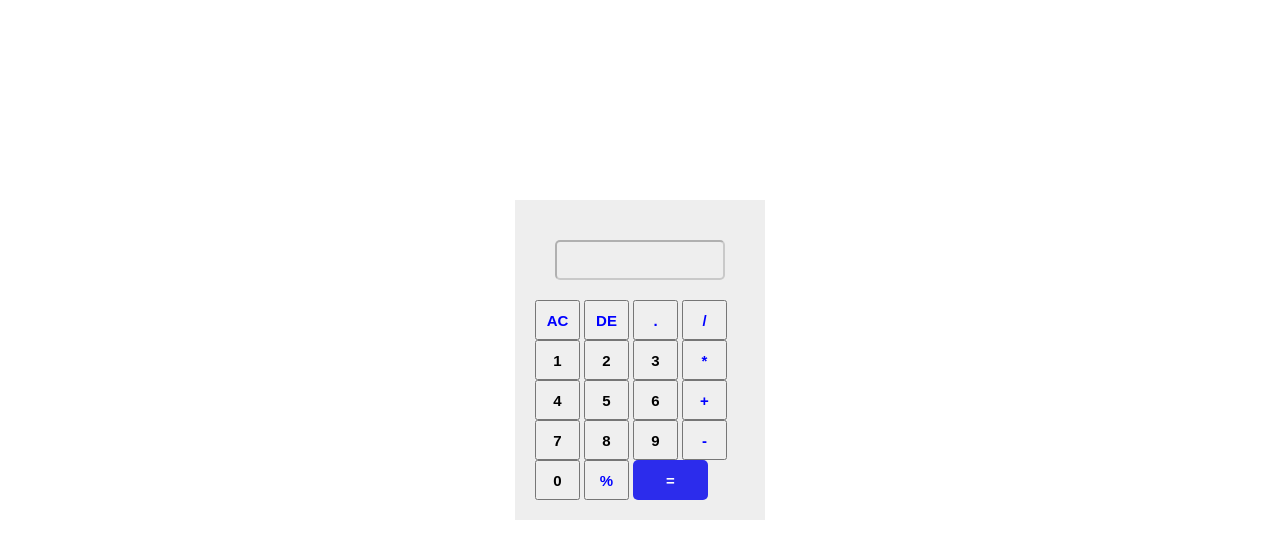
Repository: jerrys-arch/web-calculator
Page: index.html
These files come from the project's save history. The page is drawn as it stood at one moment and after a run of saves; the edit follows.
The browser window is 1280 px wide. The pictures show the whole page.

Above is the page before, as saved 2024-11-30 06:01:48.

After the next 2 saves:
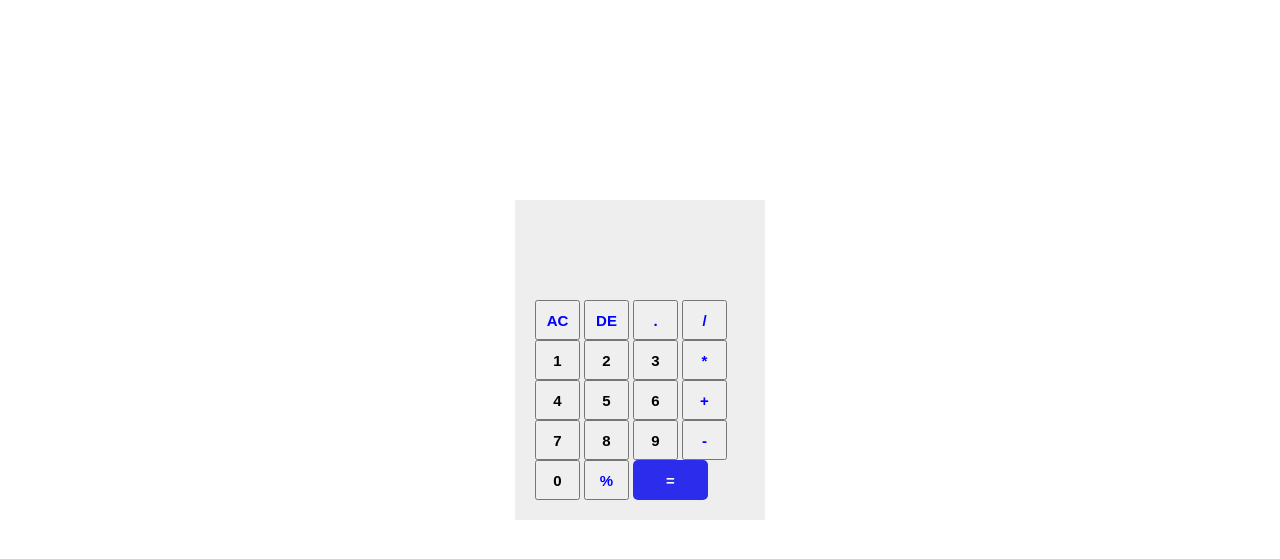
The 2 saves are shown as one change because they came seconds apart.
The last was saved 7 s later.
--- a/styles.css
+++ b/styles.css
@@ -30,10 +30,10 @@
 }
 .calculator form #display{
    width:100%;
-   border:non;
+   border:none;
    background: transparent;
    text-align: right;
-   border-radius: 5px
+
 }
 .calculator form #equal{
     width:75px;
